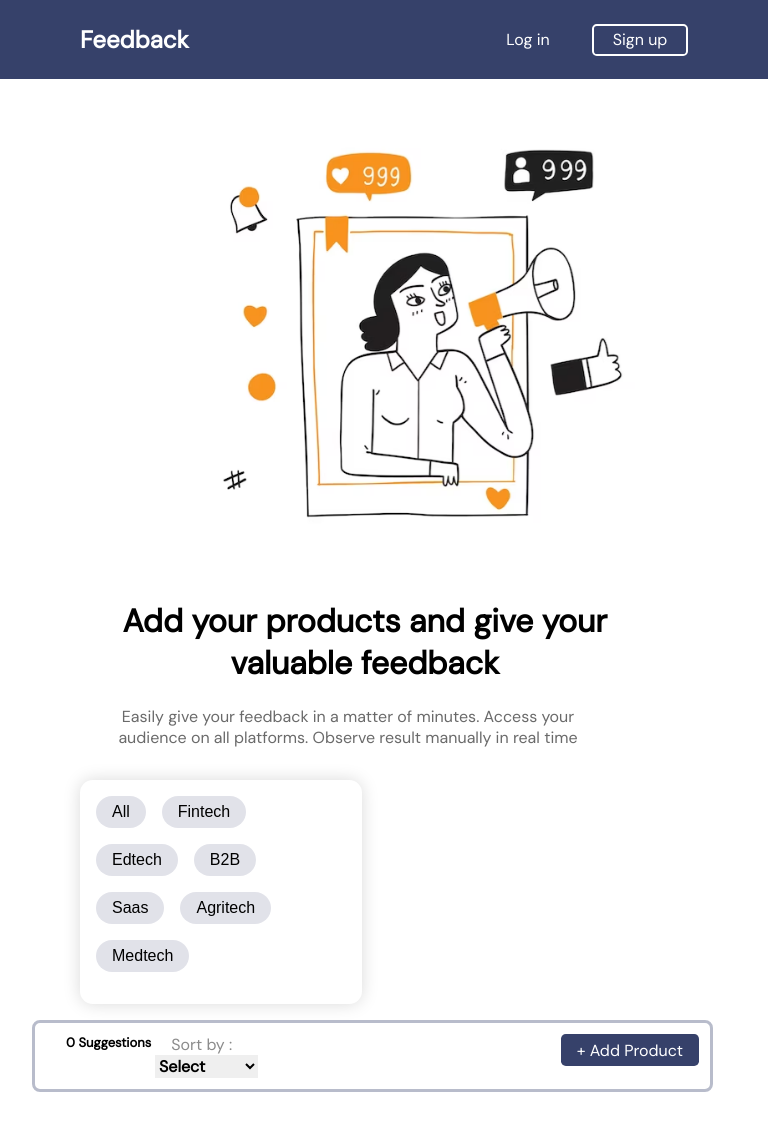
Repository: drumsmanku/final-evaluation-test
Page: / (app in client/)
These files come from the project's save history. The page is drawn as it stood at one moment and after the next save; the edit follows.
The browser window is 768 px wide. The pictures show the whole page.
The page's requests for data from a server got no answer. The project was rebuilt for these pictures with package versions that can differ from the ones it lists, and the page was loaded fresh each time. No one was signed in, and anything a server would have sent is missing. Also part of the build but not shown: client/src/CSS/LoginPopUp.css, client/src/Components/LoginPopUp.js, client/src/CSS/SignupPopUp.css, client/src/Components/SignupPopUp.js, client/src/CSS/AddProductPopUp.css, client/src/Components/AddProductPopUp.js, client/src/Components/CommentsSection.js, client/src/CSS/SignUp.css and 3 more.

Above is the page before, as saved 2023-08-01 00:41:43.

After the next save:
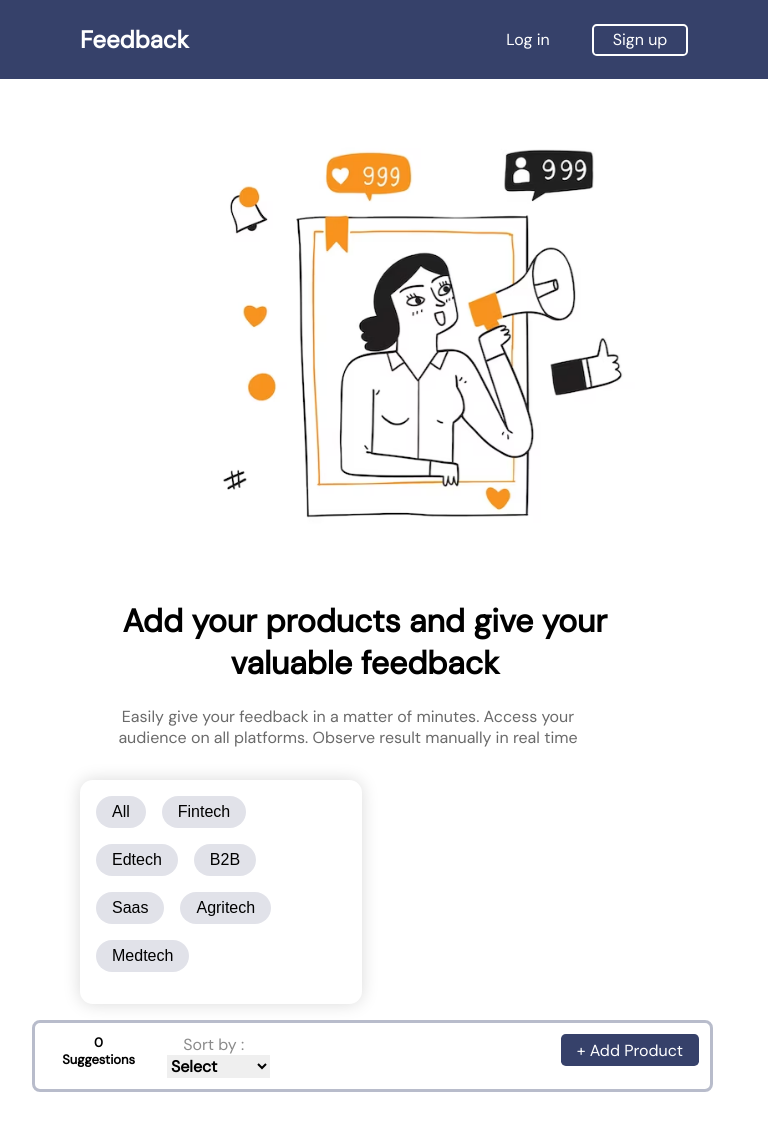
Saved 33 s later.
--- a/client/src/CSS/MainPage.css
+++ b/client/src/CSS/MainPage.css
@@ -189,6 +189,7 @@ body{
   }
   .suggestions{
     width: 100%;
+    margin-right: 2rem;
   }
   .product-cards{
     width: 90vw;
